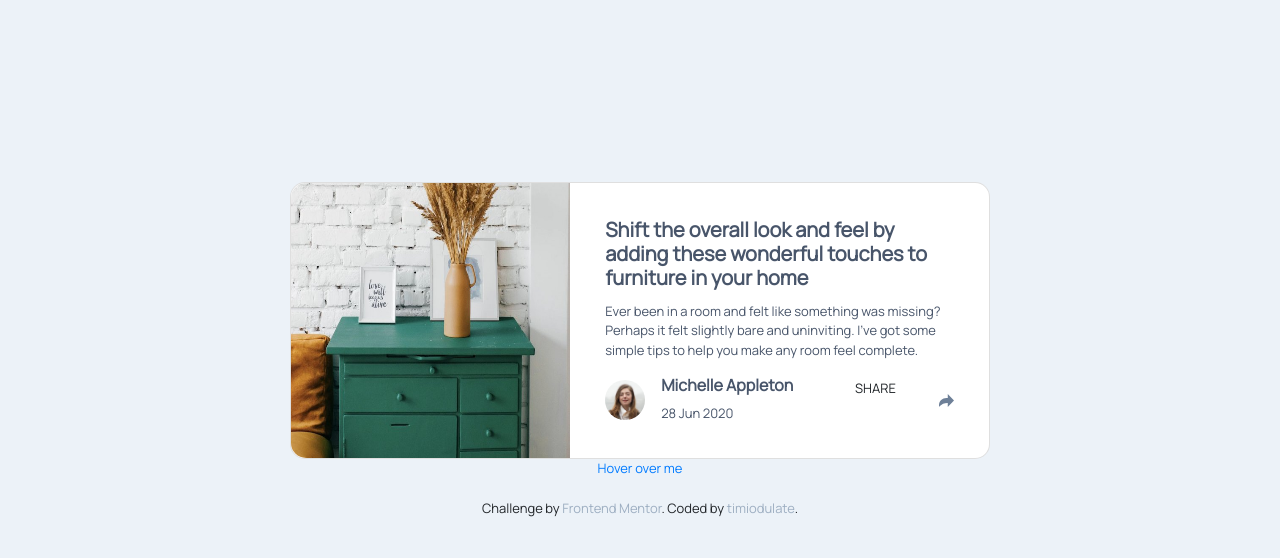
Repository: timiodulate/Article-Preview-Component
Page: index.html
An editor plug-in stored every save of this project. The page is shown before and after the next save, followed by the edit.
The browser window is 1280 px wide. The pictures show the whole page.

Above is the page before, as saved 2020-07-11 13:54:24.
Console error (its wording comes from the project's code and is left out).

### index.html
<!DOCTYPE html>
<html lang="en">
<head>
  <meta charset="UTF-8">
  <meta name="viewport" content="width=device-width, initial-scale=1.0"> <!-- displays site properly based on user's device -->

  <link rel="icon" type="image/png" sizes="32x32" href="./images/favicon-32x32.png">

  <!-- Bootstrap -->
  <link rel="stylesheet" href="./css/bootstrap.min.css">

  <!-- Custom Style -->
  <link rel="stylesheet" href="./css/style.css">

  <title>Frontend Mentor | Article preview component</title>
</head>
<body>

  <div class="container-fluid d-flex flex-column justify-content-center align-items-center p-30">

    <div class="card">

      <img src="./images/drawers.jpg" alt="drawers" class="card-img-top img-fluid" >

      <div class="card-body">
        <h5 class="card-title">
          Shift the overall look and feel by adding these wonderful
          touches to furniture in your home
        </h5>
        <p class="card-text">
          Ever been in a room and felt like something was missing? Perhaps
          it felt slightly bare and uninviting. I’ve got some simple tips
          to help you make any room feel complete.
        </p>

        <div class="userDetails d-flex justify-content-between align-items-center">

          <div class="d-flex align-items-center">

            <img src="./images/avatar-michelle.jpg" alt="avatarImage" class="rounded-circle img-fluid avatarImage mr-3">

            <div class="nameDate d-flex-column">
              <h6>
                Michelle Appleton
              </h6>
              <p class="m-0">
                28 Jun 2020
              </p>
            </div>
          </div>

          <div class="tooltipContents">
            <span>SHARE</span>
            <img src="./images/icon-facebook.svg" alt="facebooklogo">
            <img src="./images/icon-twitter.svg" alt="">
            <img src="./images/icon-pinterest.svg" alt="">
          </div>

          <div id="myTooltips">
            <a href="#" data-toggle="tooltip" title="">
              <img src="./images/icon-share.svg" alt="shareIcon">
            </a>
          </div>
        </div>
      </div>
    </div>

    <!-- HTML to write -->
  <a href="#" data-toggle="toolti" title="Some tooltip tex!">Hover over me</a>

  <!-- Generated markup by the plugin -->
  <div class="tooltip bs-tooltip-top" role="tooltip">
    <div class="arrow"></div>
    <div class="tooltip-inner">
      Some tooltip text!
    </div>
</div>
  </div>
  <div class="attribution">
    Challenge by <a href="https://www.frontendmentor.io?ref=challenge" target="_blank">Frontend Mentor</a>.
    Coded by <a href="https://github.com/timiodulate/">timiodulate</a>.
  </div>
</body>

  <script src="https://code.jquery.com/jquery-3.5.1.slim.min.js" integrity="sha384-DfXdz2htPH0lsSSs5nCTpuj/zy4C+OGpamoFVy38MVBnE+IbbVYUew+OrCXaRkfj" crossorigin="anonymous"></script>
  <script src="./js/bootstrap.min.js"></script>
  <script src="./js/app.js"></script>
</body>
</html>

### css/style.css
@import url('http://fonts.googleapis.com/css?family=Manrope');

/* Global Resets */
* {
    padding: 0;
    margin: 0;
    box-sizing: border-box;
}

html {
    /* font-family */
    --body: Manrope;

    /* font-weight */
    --normal: 500;
    --bold: 700;

    /* color */
    --background: hsl(210, 46%, 95%);
    --header: hsl(217, 19%, 35%);

    --text: hsl(212, 23%, 69%);
    --last-section: hsl(214, 17%, 51%);
}

body {
    width: 100vw;
    height: 100vh;

    display: flex;
    flex-direction: column;
    justify-content: center;

    font-family: var(--body);
    font-size: 13px;
    /* background-image: url(../images/bg-intro-desktop.png); */
    background-color: var(--background);
    /* background-blend-mode: screen; */
}

h5, h6 {
    color: var(--header);
    font-weight: var(--bold);
}
p {
    color: var(--header);
}


.card {
    border-radius: 15px;
    width: 330px;
}
.card-img-top {
    border-radius: 15px 15px 0 0;
}
.card-body {
    padding: 35px 25px 15px;
}
.avatarImage {
    width: 16%;
}


/* Styles for custom tooltip template */
.tooltip-head{
    color: blue;
    background: #000;
    padding: 10px 10px 5px;
    border-radius: 4px 4px 0 0;
    text-align: center;
    margin-bottom: -2px; /* Hide default tooltip rounded corner from top */
}
.tooltip-head .glyphicon{
    font-size: 22px;
    vertical-align: bottom;
}
.tooltip-head h3{
    margin: 0;
    font-size: 18px;
}



.attribution {
    text-align: center;
    padding: 20px;
}
.attribution a {
    color: var(--text);
    text-decoration: none;
}



/* Media Queries - Responsiveness */
/* LG - Large Screen */
@media only screen and (min-width: 380px) {
    .card {
        display: flex;
        flex-direction: row;
        width: 700px;
    }
    .card-img-top {
        width: 40%;
        border-radius: 15px 0 0 15px;
    }
    .card-body {
        padding: 35px;
    }
}

/* MD - Medium Screen */
/* @media only screen and (max-width: 765px) {
    body {
        justify-content: initial;
	height: fit-content;
    }

    footer .footer-container {
        grid-template-columns: 1fr;
        margin-bottom: 20px;
        row-gap: 15px;
    }

    .attribution {
        font-size: .6rem;
        padding: 20px 10px;
        color: white;
    }
} */

/* SM - Small Screen */
/* @media only screen and (max-width: 576px){

} */


/* @timiodulate css template */

### js/app.js
$(document).ready(function () {
  $("#myTooltips a").tooltip({
    // template : '<div class="tooltip" role="tooltip"><div class="arrow"></div><div class="tooltip-inner"></div></div>',

    title: "<p> <img src='./images/icon-facebook.svg' alt='facebooklogo'> <img src='./images/icon-twitter.svg' alt='> <img src='./images/icon-pinterest.svg' alt='pinterestLogo'> </p>",
    html: true
  });
});

Loaded but not shown: css/bootstrap.min.css (library); js/bootstrap.min.js (library)

After the next save:
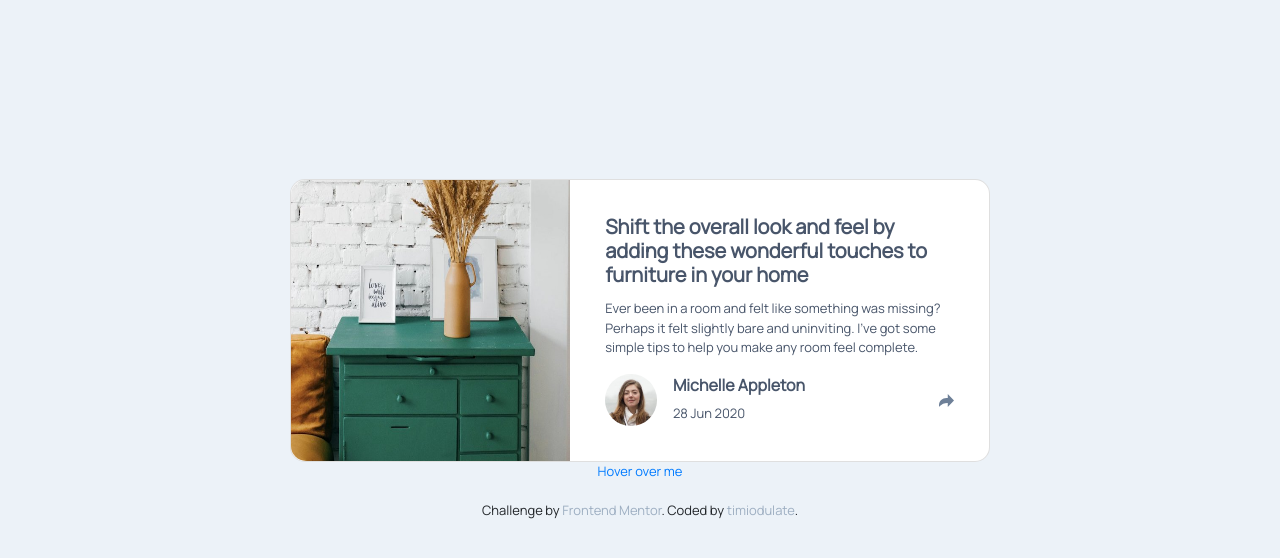
Saved 11 s later.
--- a/index.html
+++ b/index.html
@@ -49,13 +49,6 @@
             </div>
           </div>
 
-          <div class="tooltipContents">
-            <span>SHARE</span>
-            <img src="./images/icon-facebook.svg" alt="facebooklogo">
-            <img src="./images/icon-twitter.svg" alt="">
-            <img src="./images/icon-pinterest.svg" alt="">
-          </div>
-
           <div id="myTooltips">
             <a href="#" data-toggle="tooltip" title="">
               <img src="./images/icon-share.svg" alt="shareIcon">
